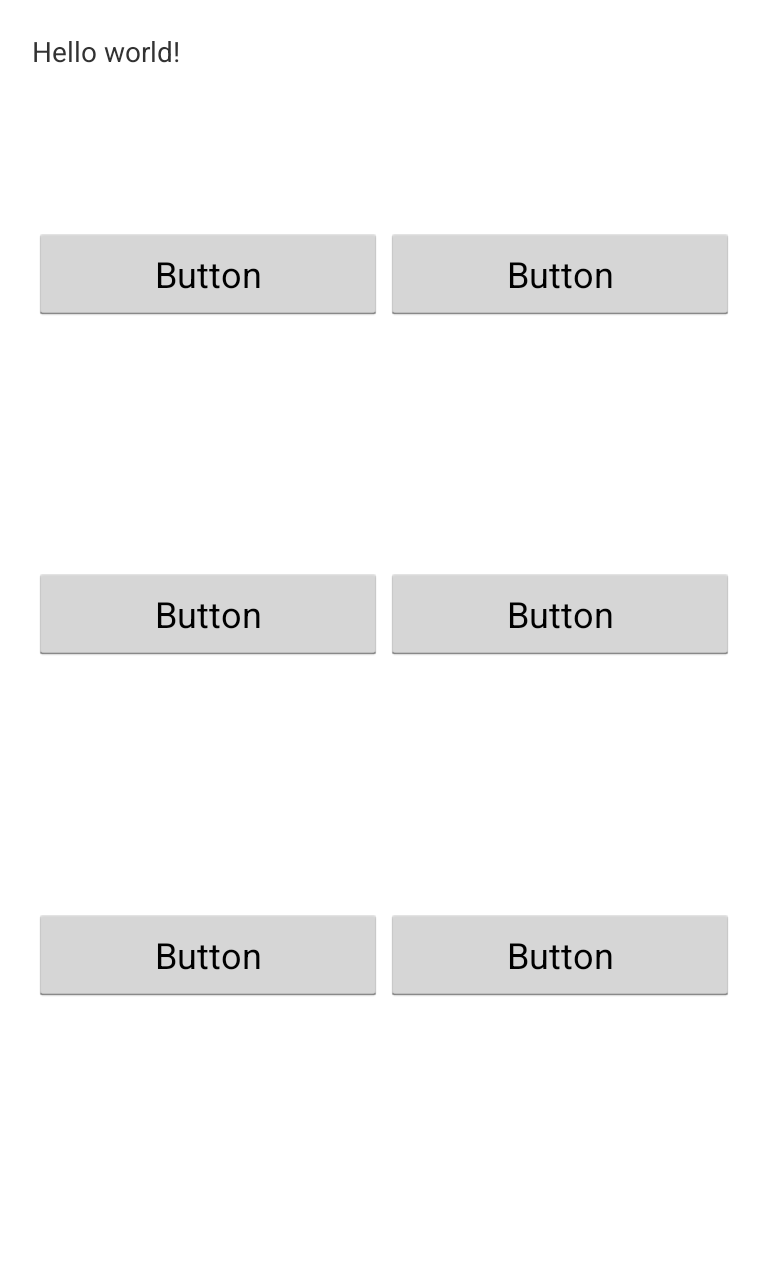
Repository: pancho1313/practica2tests
Layout: ActivityRegistrator/res/layout/activity_activity_marker.xml
The author's editor kept a copy of each file at every save. The layout is drawn from the files as they stood at one save, then again after the next save.
It is drawn on a 768 x 1280 px phone screen (xhdpi) without system bars, with theme AppTheme; the app's code is not run.

Above is the layout before, as saved 2014-01-15 14:36:07.

### ActivityRegistrator/res/layout/activity_activity_marker.xml
<RelativeLayout xmlns:android="http://schemas.android.com/apk/res/android"
    xmlns:tools="http://schemas.android.com/tools"
    android:layout_width="match_parent"
    android:layout_height="match_parent"
    android:paddingBottom="@dimen/activity_vertical_margin"
    android:paddingLeft="@dimen/activity_horizontal_margin"
    android:paddingRight="@dimen/activity_horizontal_margin"
    android:paddingTop="@dimen/activity_vertical_margin"
    tools:context=".ActivityMarker" >

    <TextView
        android:id="@+id/textView1"
        android:layout_width="wrap_content"
        android:layout_height="wrap_content"
        android:text="@string/hello_world" />

    <LinearLayout
        android:layout_width="match_parent"
        android:layout_height="match_parent"
        android:layout_below="@+id/textView1"
        android:layout_centerHorizontal="true"
        android:layout_marginTop="78dp"
        android:orientation="vertical" >

        <LinearLayout
            android:layout_width="match_parent"
            android:layout_height="wrap_content"
            android:layout_weight="1" >

            <Button
                android:id="@+id/button1"
                android:layout_width="wrap_content"
                android:layout_height="wrap_content"
                android:text="Button"
                android:layout_weight="1" />

            <Button
                android:id="@+id/button2"
                android:layout_width="wrap_content"
                android:layout_height="wrap_content"
                android:text="Button"
                android:layout_weight="1" />

        </LinearLayout>

        <LinearLayout
            android:layout_width="match_parent"
            android:layout_height="wrap_content"
            android:layout_weight="1" >

            <Button
                android:id="@+id/button3"
                android:layout_width="wrap_content"
                android:layout_height="wrap_content"
                android:text="Button"
                android:layout_weight="1" />

            <Button
                android:id="@+id/button4"
                android:layout_width="wrap_content"
                android:layout_height="wrap_content"
                android:text="Button"
                android:layout_weight="1" />

        </LinearLayout>

        <LinearLayout
            android:layout_width="match_parent"
            android:layout_height="wrap_content"
            android:layout_weight="1" >

            <Button
                android:id="@+id/button5"
                android:layout_width="wrap_content"
                android:layout_height="wrap_content"
                android:text="Button"
                android:layout_weight="1" />

            <Button
                android:id="@+id/button6"
                android:layout_width="wrap_content"
                android:layout_height="wrap_content"
                android:text="Button"
                android:layout_weight="1" />

        </LinearLayout>

    </LinearLayout>

</RelativeLayout>

### ActivityRegistrator/res/values/strings.xml
<?xml version="1.0" encoding="utf-8"?>
<resources>

    <string name="app_name">ActivityRegistrator</string>
    <string name="action_settings">Settings</string>
    <string name="start">start</string>
    <string name="stop">stop</string>
    <string name="emptyDate">--:--:--</string>
    <string name="title_activity_select_activity_registrator">SelectActivityRegistrator</string>
    <string name="hello_world">Hello world!</string>
    <string name="select">Select Activity</string>
    <string name="recorder">Sensor Recorder</string>
    <string name="registrator">Activity Registrator</string>
    <string name="title_activity_activity_marker">ActivityMarker</string>

</resources>

Loaded but not shown: ActivityRegistrator/res/values/styles.xml (common file); ActivityRegistrator/res/values-v11/styles.xml (common file); ActivityRegistrator/res/values-v14/styles.xml (common file); ActivityRegistrator/res/values/dimens.xml (common file)

After the next save:
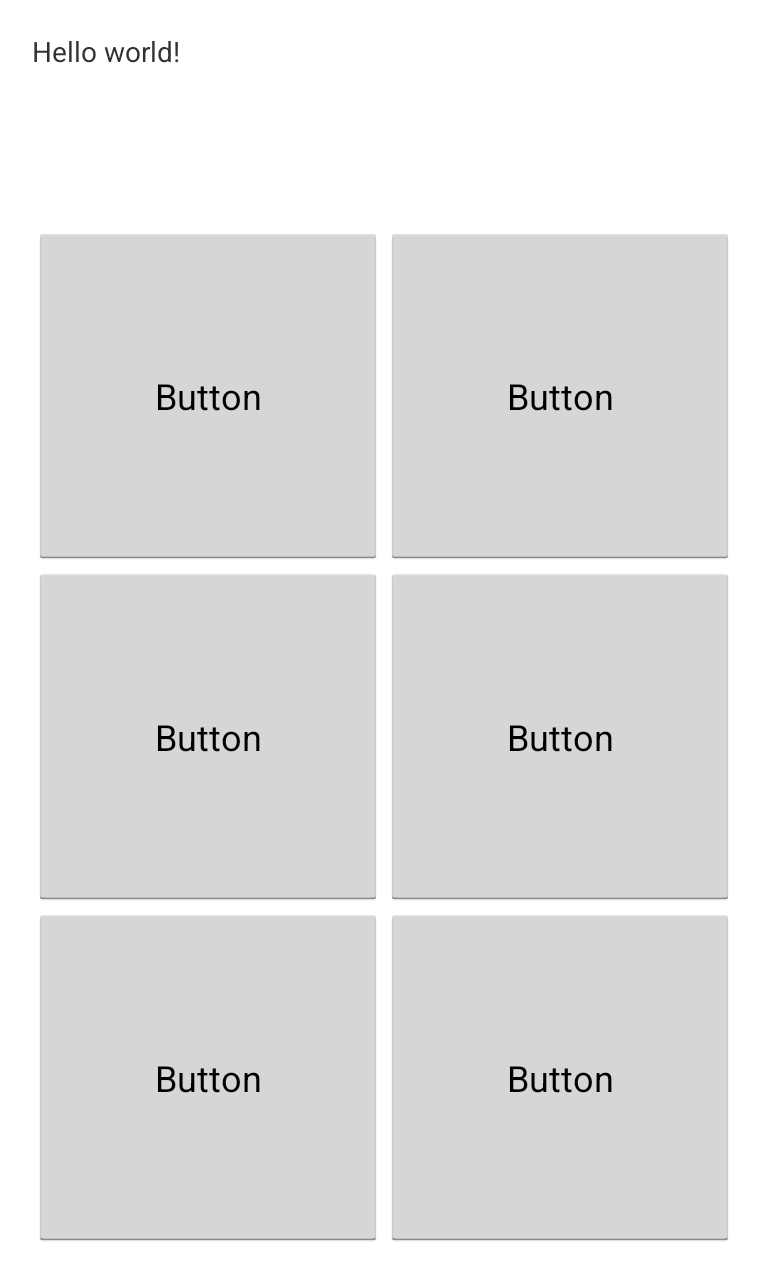
Saved 41 s later.
--- a/ActivityRegistrator/res/layout/activity_activity_marker.xml
+++ b/ActivityRegistrator/res/layout/activity_activity_marker.xml
@@ -30,16 +30,16 @@
             <Button
                 android:id="@+id/button1"
                 android:layout_width="wrap_content"
-                android:layout_height="wrap_content"
-                android:text="Button"
-                android:layout_weight="1" />
+                android:layout_height="match_parent"
+                android:layout_weight="1"
+                android:text="Button" />
 
             <Button
                 android:id="@+id/button2"
                 android:layout_width="wrap_content"
-                android:layout_height="wrap_content"
-                android:text="Button"
-                android:layout_weight="1" />
+                android:layout_height="match_parent"
+                android:layout_weight="1"
+                android:text="Button" />
 
         </LinearLayout>
 
@@ -51,16 +51,16 @@
             <Button
                 android:id="@+id/button3"
                 android:layout_width="wrap_content"
-                android:layout_height="wrap_content"
-                android:text="Button"
-                android:layout_weight="1" />
+                android:layout_height="match_parent"
+                android:layout_weight="1"
+                android:text="Button" />
 
             <Button
                 android:id="@+id/button4"
                 android:layout_width="wrap_content"
-                android:layout_height="wrap_content"
-                android:text="Button"
-                android:layout_weight="1" />
+                android:layout_height="match_parent"
+                android:layout_weight="1"
+                android:text="Button" />
 
         </LinearLayout>
 
@@ -72,16 +72,16 @@
             <Button
                 android:id="@+id/button5"
                 android:layout_width="wrap_content"
-                android:layout_height="wrap_content"
-                android:text="Button"
-                android:layout_weight="1" />
+                android:layout_height="match_parent"
+                android:layout_weight="1"
+                android:text="Button" />
 
             <Button
                 android:id="@+id/button6"
                 android:layout_width="wrap_content"
-                android:layout_height="wrap_content"
-                android:text="Button"
-                android:layout_weight="1" />
+                android:layout_height="match_parent"
+                android:layout_weight="1"
+                android:text="Button" />
 
         </LinearLayout>
 
